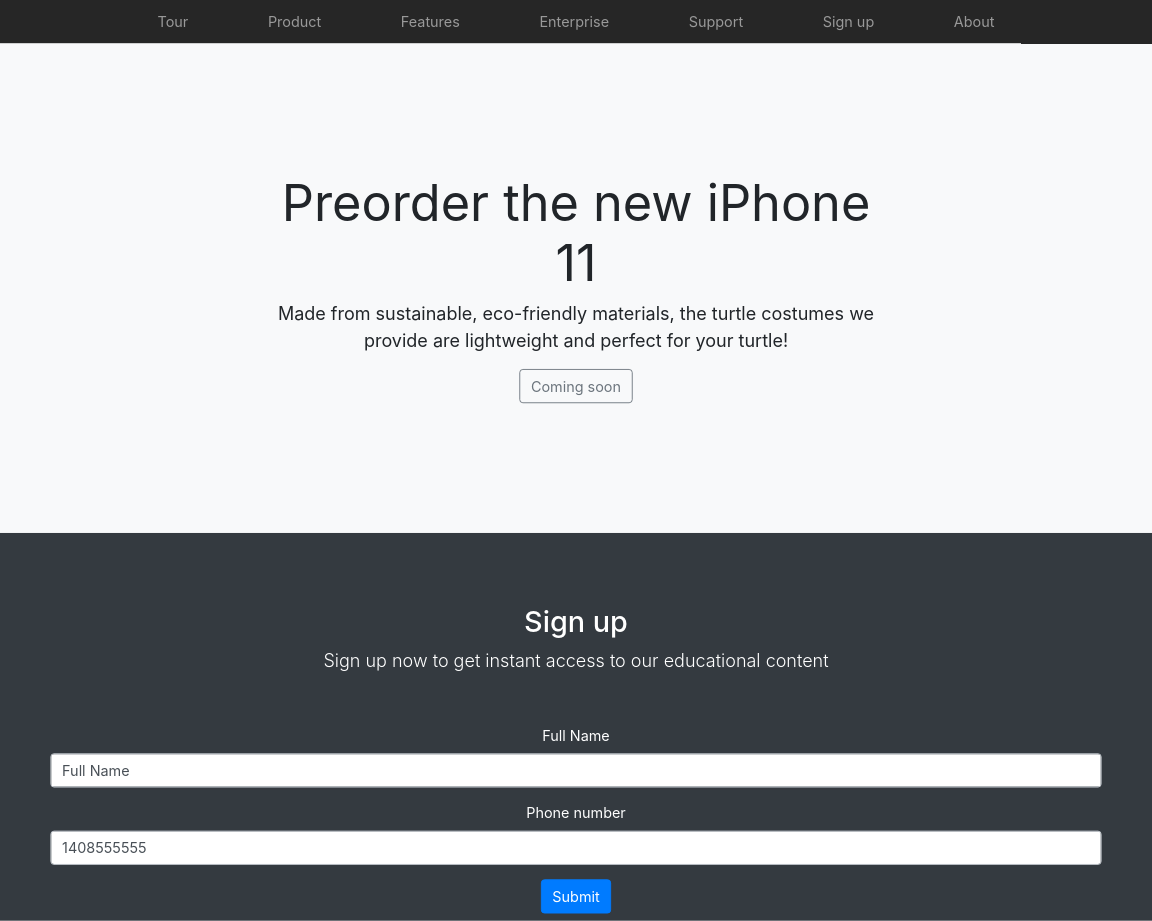
Repository: skdart/CD-Resume
Page: LearnCS8-Twilio/index.html
The author's editor kept a record of every edit. The page is drawn from the files as they stood at one moment, then again after the next edit.
The browser window is 1280 px wide. The pictures show the whole page, at 90% of full size.

Above is the page before.

After the next edit:
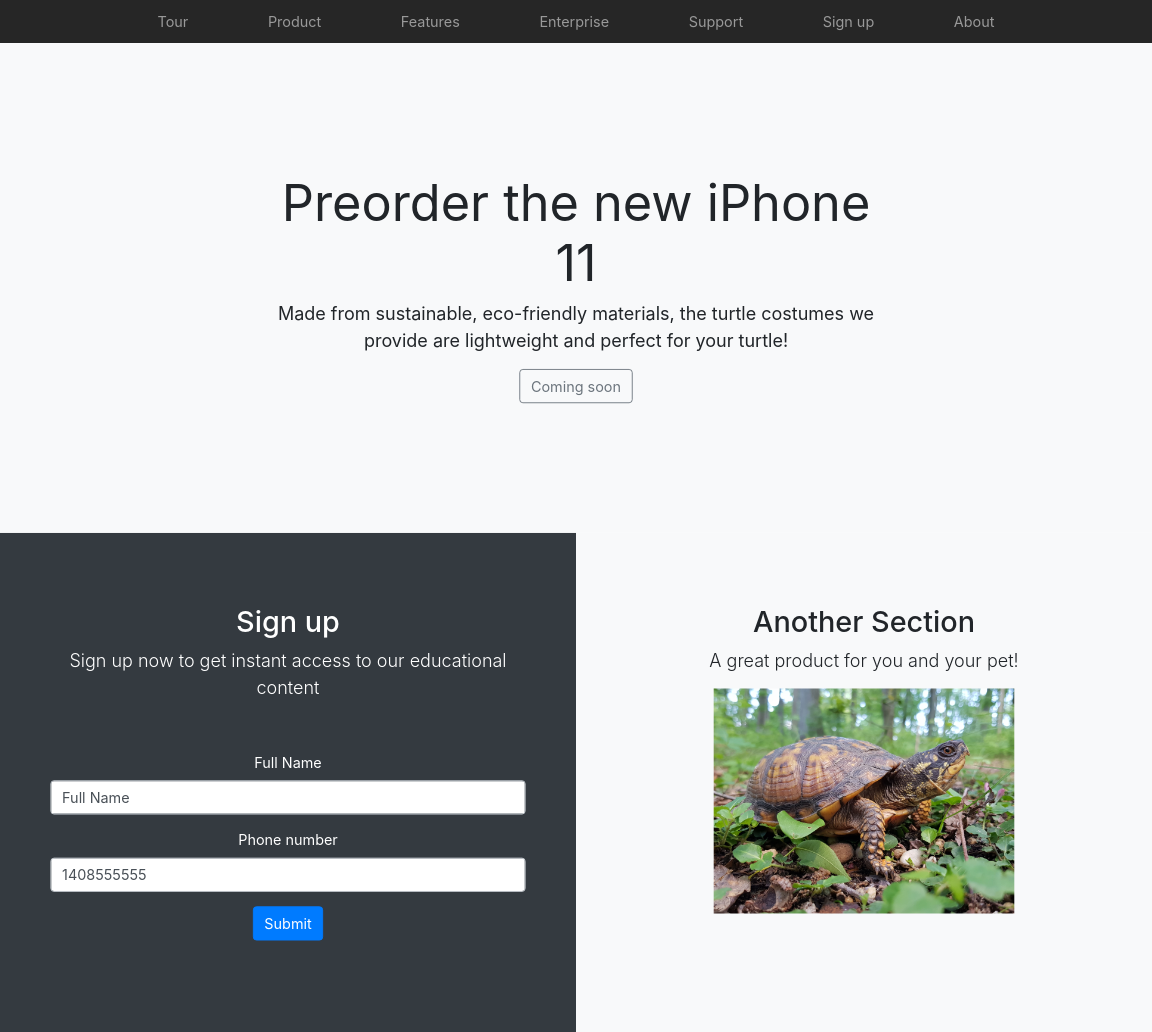
The edit:
--- a/LearnCS8-Twilio/index.html
+++ b/LearnCS8-Twilio/index.html
@@ -74,6 +74,15 @@
             <button type="submit" class="btn btn-primary">Submit</button>
         </form>
     </div>
-
+   <!-- Right Tile -->
+    <div class="bg-light pt-3 px-3 pt-md-5 px-md-5 text-center overflow-hidden">
+        <div class="my-3 p-3">
+            <h2 class="display-5">Another Section</h2>
+            <p class="lead">A great product for you and your pet!</p>
+            <img class="mx-auto" src="Turtle.jpeg" height="250px">
+        </div>
+        <div class="mx-auto" style="width: 80%; height: 100px; border-radius: 21px 21px 0 0;"></div>
+    </div>
+</div>
   </body>
 </html>
